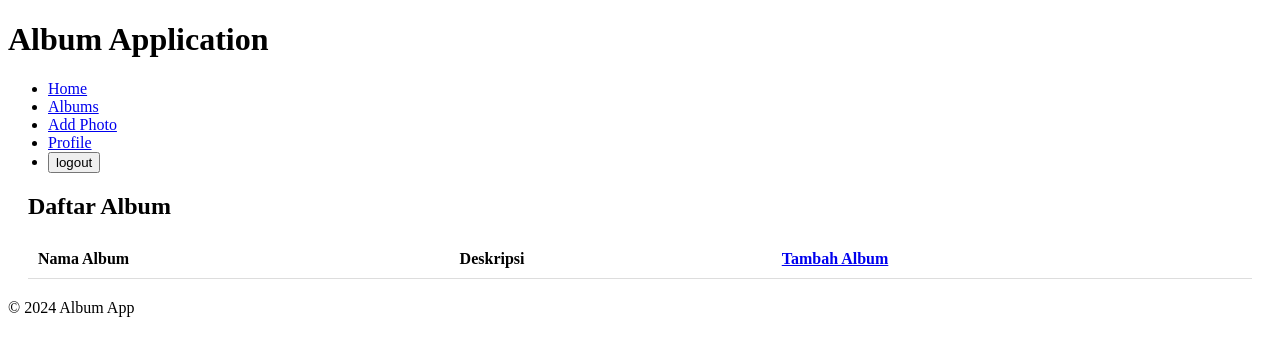
Repository: daffa-alif/snapgram
Page: http://localhost/albums
These files come from the project's save history. The page is drawn as it stood at one moment and after the next save; the edit follows.
The browser window is 1280 px wide. The pictures show the whole page.
The page is served by the project's Laravel application, run on PHP 8.4 with Laravel 12. A made-up administrator, Test User (test@example.com), is signed in. Other server files are loaded and not shown. Queries for data that is not in the repository find no rows.

Above is the page before, as saved 2024-10-23 08:35:00.

### routes/web.php
<?php

use Illuminate\Support\Facades\Route;
use App\Http\Controllers\{
    AuthController,
    HomeController,
    AlbumController,
    PhotoController,
    ProfileController,
};

// Redirect root URL to login
Route::redirect('/', '/auth/login');

// Authentication routes
Route::controller(AuthController::class)->group(function () {

    Route::get('auth/login', 'showLoginForm')->name('login')->middleware('guest');
    Route::post('auth/postLogin', 'postLogin')->name('postLogin');
    Route::post('logout', 'logout')->name('logout');
    Route::get('auth/register', 'showRegistrationForm')->name('register.form');
    Route::post('auth/register', 'register')->name('register');

   // Routes that require authentication
Route::middleware('auth')->group(function () {
    // Home route
    Route::get('/home', [HomeController::class, 'index'])->name('home');
    // Album resource routes
    Route::resource('albums', AlbumController::class);
    // Photo routes
    Route::resource('photos', PhotoController::class);
    Route::get('/albums/{album}/photos', [PhotoController::class, 'index'])
        ->name('albums.photos');
    Route::post('photos/{photo}/like/', [PhotoController::class, 'like'])
        ->name('photos.like');
    Route::get('/photos/{photo}/comments', [PhotoController::class, 'showComments'])
        ->name('photos.comments');
    Route::post('/photos/{photo}/comments', [PhotoController::class, 'storeComment'])
        ->name('photos.comment.store');

        Route::get('/profile', [ProfileController::class, 'index'])->name('profile.index');
        Route::put('/profile', [ProfileController::class, 'update'])->name('profile.update');
    });
});

### app/Models/User.php
<?php

namespace App\Models;

// use Illuminate\Contracts\Auth\MustVerifyEmail;
use Illuminate\Database\Eloquent\Factories\HasFactory;
use Illuminate\Foundation\Auth\User as Authenticatable;
use Illuminate\Notifications\Notifiable;

class User extends Authenticatable
{
    use HasFactory, Notifiable;

    /**
     * The attributes that are mass assignable.
     *
     * @var array<int, string>
     */
    protected $fillable = [
        'username',
        'email',
        'password',
        'namaLengkap',
        'alamat',
    ];

    protected $primaryKey = 'userID';
    /**
     * The attributes that should be hidden for serialization.
     *
     * @var array<int, string>
     */
    protected $hidden = [
        'password',
        'remember_token',
    ];

    /**
     * Get the attributes that should be cast.
     *
     * @return array<string, string>
     */
    protected function casts(): array
    {
        return [
            'email_verified_at' => 'datetime',
            'password' => 'hashed',
        ];
    }
}

### app/Http/Controllers/AlbumController.php
<?php

namespace App\Http\Controllers;

use Illuminate\Http\Request;
use App\Models\Album; // Import the Album model
use Illuminate\Support\Facades\Auth; // Import the Auth facade

class AlbumController extends Controller
{
    /**
     * Display a listing of the resource.
     */
    public function index()
    {
        // Fetch albums created by the authenticated user
        $albums = Album::where('userID', Auth::id())->get();
        return view('albums.index', compact('albums'));
    }

    /**
     * Show the form for creating a new resource.
     */
    public function create()
    {
        return view('albums.create');
    }

    /**
     * Store a newly created resource in storage.
     */
    public function store(Request $request)
    {
        // Validate the request data
        $request->validate([
            'namaAlbum' => 'required|max:255',
            'deskripsi' => 'required|max:150',
        ]);

        // Create a new album associated with the authenticated user
        Album::create([
            'namaAlbum' => $request->input('namaAlbum'),
            'deskripsi' => $request->input('deskripsi'),
            'tanggalDibuat' => now(),
            'userID' => Auth::id(),
        ]);

        // Redirect back to the album list with a success message
        return redirect()->route('albums.index')->with('success', 'Album created successfully.');
    }

    /**
     * Display the specified resource.
     */
    public function show($id)
    {
        // Find the album by ID and ensure it belongs to the current user
        $album = Album::where('userID', Auth::id())->findOrFail($id);
        return view('albums.show', compact('album'));
    }

    /**
     * Show the form for editing the specified resource.
     */
    public function edit($id)
    {
        // Find the album by ID and ensure it belongs to the current user
        $album = Album::where('userID', Auth::id())->findOrFail($id);
        return view('albums.edit', compact('album'));
    }

    /**
     * Update the specified resource in storage.
     */
    public function update(Request $request, $id)
    {
        // Validate the updated album data
        $request->validate([
            'namaAlbum' => 'required|max:255',
            'deskripsi' => 'required|max:150',
        ]);

        // Find the album and ensure it belongs to the current user
        $album = Album::where('userID', Auth::id())->findOrFail($id);

        // Update the album with new data
        $album->update([
            'namaAlbum' => $request->input('namaAlbum'),
            'deskripsi' => $request->input('deskripsi'),
        ]);

        // Redirect back to the album list with a success message
        return redirect()->route('albums.index')->with('success', 'Album updated successfully.');
    }

    /**
     * Remove the specified resource from storage.
     */
    public function destroy($id)
    {
        // Find the album and ensure it belongs to the current user
        $album = Album::where('userID', Auth::id())->findOrFail($id);

        // Delete the album
        $album->delete();

        // Redirect back to the album list with a success message
        return redirect()->route('albums.index')->with('success', 'Album deleted successfully.');
    }
}

### app/Models/Album.php
<?php

namespace App\Models;

use Illuminate\Database\Eloquent\Model;

class Album extends Model {

protected $primaryKey = 'albumID';
protected $fillable = ['namaAlbum', 'deskripsi',
'tanggalDibuat', 'userID'];

/**
* Relasi one-to-one antara Album dan User.
* Setiap album dimiliki oleh satu user.
* Relasi ini menggunakan foreign key 'userID'.
*/
public function user() {
return $this->belongsTo(User::class, 'userID');
}

/**
* Relasi one-to-many antara Album dan Photo.
* Setiap album bisa memiliki banyak foto.
* Relasi ini menggunakan foreign key 'albumID'.
*/
public function photos() {
return $this->hasMany(Photo::class, 'albumID');
}
}

### resources/views/albums/index.blade.php
@extends('layouts.app')

@section('content')

<div class="album-container">
    <h2>Daftar Album</h2>

    <table class="album-table">
        <thead>
            <tr>
                <th>Nama Album</th>
                <th>Deskripsi</th>
                <th><a href="{{ route('albums.create') }}">Tambah Album</a></th>
            </tr>
        </thead>

        <tbody>
            @foreach($albums as $album)
            <tr>
                <td><a href="{{ route('albums.photos', $album->albumID) }}">
                    {{$album->namaAlbum}}
                </a></td>
                <td>{{ $album->deskripsi }}</td>
                <td class="action-column">
                    <a href="{{ route('albums.edit', $album->albumID) }}">Edit</a>
                    <form action="{{ route('albums.destroy', $album->albumID) }}" method="POST" class="delete-form" onsubmit="return confirm('Tindakan ini tidak bisa dibatalkan');">
                        @csrf
                        @method('DELETE')
                        <button type="submit" class="delete-button">Hapus</button>
                    </form>
                </td>
            </tr>
            @endforeach
        </tbody>
    </table>
</div>
<style>
    .album-container {
    margin: 20px;
}

.album-table {
    width: 100%;
    border-collapse: collapse;
}

.album-table th,
.album-table td {
    padding: 10px;
    border-bottom: 1px solid #ddd;
}

.album-table th {
    text-align: left;
}

.album-table td a {
    text-decoration: none;
    color: #007BFF;
}

.album-table td a:hover {
    text-decoration: underline;
}

.action-column {
    text-align: center;
}

.delete-form {
    display: inline;
}

.delete-button {
    background: none;
    border: none;
    color: #FF0000;
    cursor: pointer;
}

.delete-button:hover {
    text-decoration: underline;
}

</style>
@endsection

### resources/views/layouts/app.blade.php
<!DOCTYPE html>
<html lang="en">
<head>
    <meta charset="UTF-8">
    <meta name="viewport" content="width=device-width, initial-scale=1.0">
    <meta http-equiv="X-UA-Compatible" content="ie=edge">
    <title>@yield('title', 'Album App')</title>
</head>
<body>

    <!-- Header -->
    <header>
        <h1>Album Application</h1>
        @section('header')
            <nav>
                <ul>
                    <li><a href="{{ route('home') }}">Home</a></li>
                    <li><a href="{{ route('albums.index') }}">Albums</a></li>
                    <li><a href="{{ route('photos.create') }}">Add Photo</a></li> <!-- New link for photos -->
                    <li><a href="{{ route('profile.index') }}">Profile</a></li>
                    <li><form action="{{ route('logout') }}" method="POST">
                        @csrf
                        <button type="submit">logout</button>
                    </form></li>
                </ul>
            </nav>
        @show
    </header>

    <!-- Content Section -->
    <main>
        @yield('content')
    </main>

    <!-- Footer -->
    <footer>
        @section('footer')
            <p>&copy; 2024 Album App</p>
        @show
    </footer>

</body>
</html>

Loaded but not shown: app/Http/Controllers/Controller.php (common file)

After the next save:
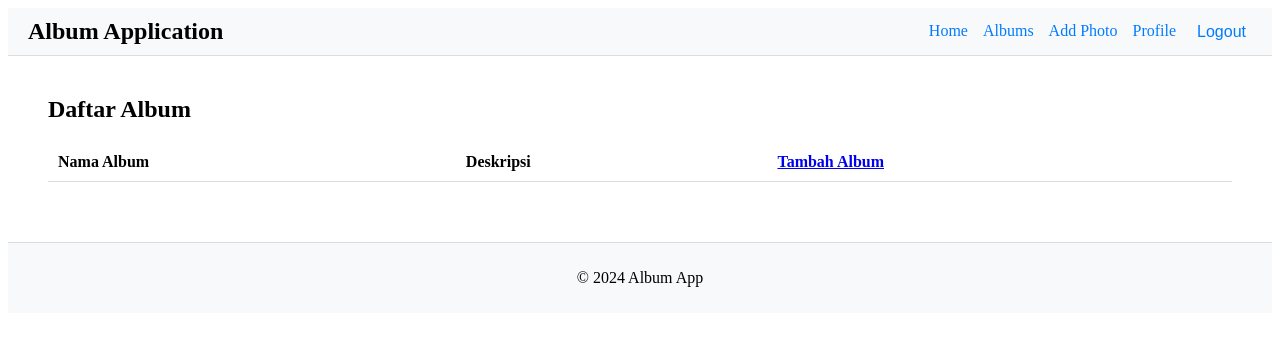
Saved 68 s later.
--- a/resources/views/layouts/app.blade.php
+++ b/resources/views/layouts/app.blade.php
@@ -5,6 +5,61 @@
     <meta name="viewport" content="width=device-width, initial-scale=1.0">
     <meta http-equiv="X-UA-Compatible" content="ie=edge">
     <title>@yield('title', 'Album App')</title>
+    <style>
+        /* Basic Flexbox Styles for Navbar */
+        header {
+            display: flex;
+            justify-content: space-between;
+            align-items: center;
+            padding: 10px 20px;
+            background-color: #f8f9fa;
+            border-bottom: 1px solid #ddd;
+        }
+
+        header h1 {
+            margin: 0;
+            font-size: 24px;
+        }
+
+        nav ul {
+            list-style: none;
+            display: flex;
+            gap: 15px;
+            margin: 0;
+            padding: 0;
+        }
+
+        nav ul li {
+            margin: 0;
+        }
+
+        nav ul li a,
+        nav ul li form button {
+            text-decoration: none;
+            color: #007BFF;
+            background: none;
+            border: none;
+            cursor: pointer;
+            font-size: 16px;
+        }
+
+        nav ul li form button:hover,
+        nav ul li a:hover {
+            text-decoration: underline;
+        }
+
+        main {
+            padding: 20px;
+        }
+
+        footer {
+            text-align: center;
+            padding: 10px;
+            background-color: #f8f9fa;
+            border-top: 1px solid #ddd;
+            margin-top: 20px;
+        }
+    </style>
 </head>
 <body>
 
@@ -16,12 +71,14 @@
                 <ul>
                     <li><a href="{{ route('home') }}">Home</a></li>
                     <li><a href="{{ route('albums.index') }}">Albums</a></li>
-                    <li><a href="{{ route('photos.create') }}">Add Photo</a></li> <!-- New link for photos -->
+                    <li><a href="{{ route('photos.create') }}">Add Photo</a></li>
                     <li><a href="{{ route('profile.index') }}">Profile</a></li>
-                    <li><form action="{{ route('logout') }}" method="POST">
-                        @csrf
-                        <button type="submit">logout</button>
-                    </form></li>
+                    <li>
+                        <form action="{{ route('logout') }}" method="POST">
+                            @csrf
+                            <button type="submit">Logout</button>
+                        </form>
+                    </li>
                 </ul>
             </nav>
         @show
